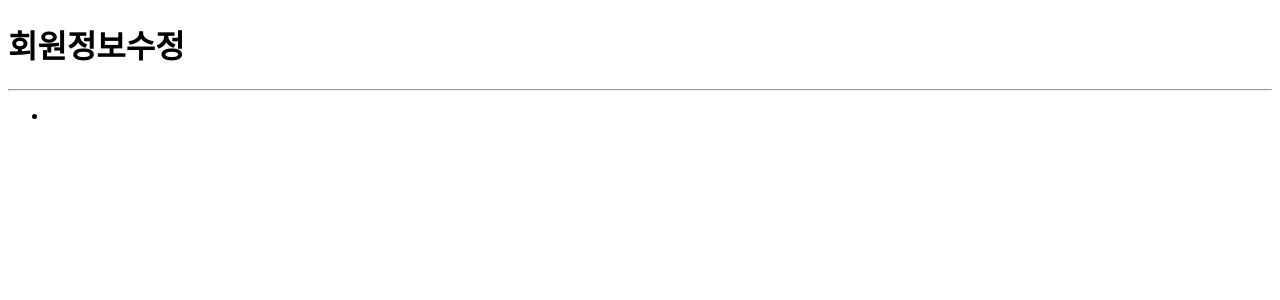
Repository: bbookk1104/spring-workspace
Page: http://localhost/02_SpringMVC_CRUD/mypage.do
These files come from the project's save history. The page is drawn as it stood at one moment and after the next save; the edit follows.
The browser window is 1280 px wide. The pictures show the whole page.
The page is served by Tomcat 9. Other server files are loaded and not shown.

Above is the page before, as saved 2022-09-30 06:07:11.

### 02_SpringMVC_CRUD/src/main/webapp/WEB-INF/views/member/mypage.jsp
<%@ page language="java" contentType="text/html; charset=UTF-8"
    pageEncoding="UTF-8"%>
<!DOCTYPE html>
<html>
<head>
<meta charset="UTF-8">
<title>Insert title here</title>
</head>
<body>
	<h1>회원정보수정</h1>
	<hr>
	<form action="/update.do" method="post">
		<ul>
			<li></li>
		</ul>
	</form>
</body>
</html>

After the next save:
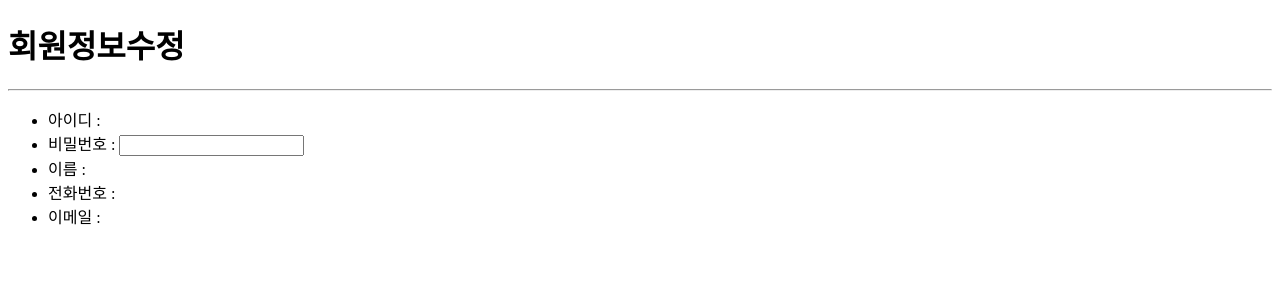
Saved 86 s later.
--- a/02_SpringMVC_CRUD/src/main/webapp/WEB-INF/views/member/mypage.jsp
+++ b/02_SpringMVC_CRUD/src/main/webapp/WEB-INF/views/member/mypage.jsp
@@ -11,7 +11,11 @@
 	<hr>
 	<form action="/update.do" method="post">
 		<ul>
-			<li></li>
+			<li>아이디 : </li>
+			<li>비밀번호 : <input></li>
+			<li>이름 : </li>
+			<li>전화번호 : </li>
+			<li>이메일 : </li>
 		</ul>
 	</form>
 </body>
